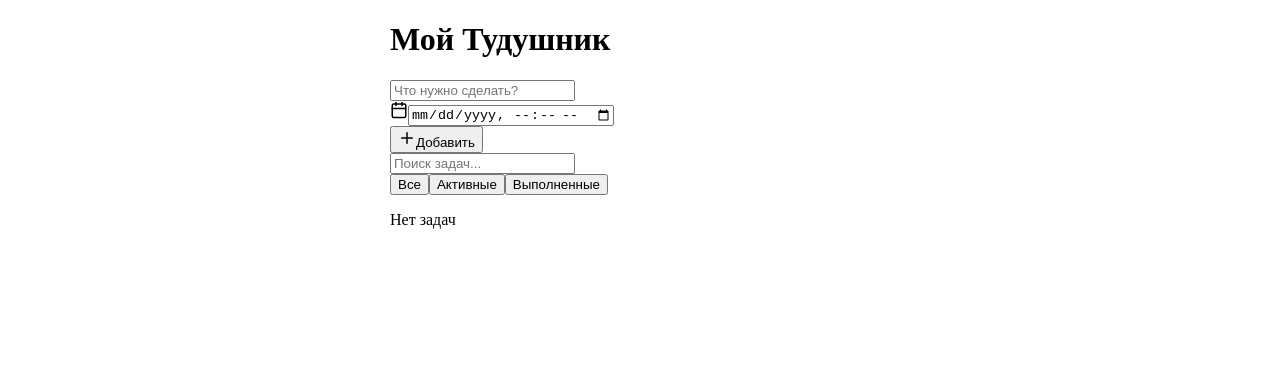
Repository: AlekCawka/-todo-project
Page: /
The author's editor kept a copy of each file at every save. The page is drawn from the files as they stood at one save, then again after the next save.
The browser window is 1280 px wide. The pictures show the whole page.
The project was rebuilt for these pictures with package versions that can differ from the ones it lists, and the page was loaded fresh each time. Also part of the build but not shown: vite.config.js, src/components/TodoItem.jsx.

Above is the page before, as saved 2025-08-04 22:28:40.

### src/main.jsx
import React from 'react'
import ReactDOM from 'react-dom/client'
import App from './App.jsx'

ReactDOM.createRoot(document.getElementById('root')).render(
  <React.StrictMode>
    <App />
  </React.StrictMode>
)

### src/App.jsx
import React, { useState } from 'react';
import { useTodos } from './hooks/useTodos';
import { TodoForm } from './components/TodoForm';
import { TodoItem } from './components/TodoItem';
import { SearchBar } from './components/SearchBar';
import { FilterBar } from './components/FilterBar';

import './App.css';

function App() {
  const { todos, addTodo, deleteTodo, updateTodo, toggleCompleted } = useTodos();

  const [filter, setFilter] = useState('all');
  const [search, setSearch] = useState('');

  const normalize = (str) => str.trim().toLowerCase();

  const filteredTodos = todos.filter(todo => {

    if (filter === 'active' && todo.completed) return false;
    if (filter === 'completed' && !todo.completed) return false;

    if (!normalize(todo.text).includes(normalize(search))) return false;

    return true;
  });

  const handleEdit = (id) => {
    const currentTodo = todos.find(todo => todo.id === id);
    if (!currentTodo) return;

    const newText = prompt('Новое значение:', currentTodo.text);
    if (!newText || !newText.trim()) return;

    updateTodo(id, { text: newText.trim() });
  };

  return (
    <div className="container">
      <h1 className="title">Мой Тудушник</h1>

      <TodoForm onAdd={addTodo} />

      <SearchBar search={search} onSearchChange={setSearch} />

      <FilterBar activeFilter={filter} onChange={setFilter} />

      <div className="list">
        {filteredTodos.length === 0 ? (
          <p className="empty-msg">Нет задач</p>
        ) : (
          filteredTodos.map(todo => (
            <TodoItem
              key={todo.id}
              todo={todo}
              onDelete={deleteTodo}
              onToggle={toggleCompleted}
              onEdit={handleEdit}
            />
          ))
        )}
      </div>
    </div>
  );
}

export default App;

### src/hooks/useTodos.js
import { useState, useEffect } from 'react';
import { Trash2, Edit, Clock, Calendar, CheckSquare, Square } from 'lucide-react';

const generateId = () => crypto?.randomUUID?.() || `${Date.now()}-${Math.random()}`;

export const useTodos = () => {
    const [todos, setTodos] = useState([]);

    const normalize = (text) => text.trim().toLowerCase();

    useEffect(() => {
        const stored = localStorage.getItem('todos');
        if (stored) {
            setTodos(JSON.parse(stored));
        }
    }, []);

    useEffect(() => {
        localStorage.setItem('todos', JSON.stringify(todos));
    }, [todos]);

    const addTodo = (text, deadline = null) => {
        const trimmed = text.trim();

        if (!trimmed) return;

        const isDuplicate = todos.some(todo => normalize(todo.text) === normalize(text));

        if(isDuplicate) {
            return;
        }

        const newTodo = {
            id: generateId(),
            text: trimmed,
            completed: false,
            createdAt: new Date().toISOString(),
            deadline: deadline || null,
        };
        setTodos(prevTodos => [newTodo, ...prevTodos]);
    };

    const deleteTodo = (id) => {
        setTodos(prev => prev.filter(todo => todo.id !== id));
    };

    const updateTodo = (id, updates) => {
        setTodos(prev =>
            prev.map(todo =>
                todo.id === id ?
                    { ...todo, ...updates } : todo
            )
        );
    };

    const toggleCompleted = (id) => {
        setTodos(prev =>
            prev.map(todo =>
                todo.id === id ?
                    { ...todo, completed: !todo.completed } : todo
            )
        )
    }

    return {
        todos,
        addTodo,
        deleteTodo,
        updateTodo,
        toggleCompleted
    };
};

### src/components/TodoForm.jsx
import { useState } from 'react';
import { Plus, Calendar } from 'lucide-react';

export const TodoForm = ({ onAdd }) => {
    const [text, setText] = useState('');
    const [deadline, setDeadline] = useState('');

    const handleSubmit = (e) => {
        e.preventDefault();
        const trimmed = text.trim();

        if (!trimmed) {
            alert('Введите текст задачи');
            return;
        }

        onAdd(trimmed, deadline || null);
        setText('');
        setDeadline('');
    };

    return (
        <form onSubmit={handleSubmit} className="flex flex-col gap-4">
            <div>
                <input
                    type="text"
                    placeholder="Что нужно сделать?"
                    className="w-full px-4 py-2 border rounded-lg shadow-sm focus:outline-none focus:ring-2 focus:ring-blue-500"
                    value={text}
                    onChange={(e) => setText(e.target.value)}
                />
            </div>

            <div className="flex items-center gap-2">
                <Calendar size={18} className="text-gray-500" />
                <input
                    type="datetime-local"
                    className="px-2 py-1 border rounded"
                    value={deadline}
                    onChange={(e) => setDeadline(e.target.value)}
                />
            </div>

            <button
                type="submit"
                className="flex items-center justify-center gap-2 bg-blue-600 text-white px-4 py-2 rounded-lg hover:bg-blue-700 transition"
            >
                <Plus size={18} />
                Добавить
            </button>
        </form>
    );
};

### src/components/SearchBar.jsx
export const SearchBar = ({ value, onChange }) => {
    return (
        <input
            type="text"
            placeholder="Поиск задач..."
            value={value}
            onChange={(e) => onChange(e.target.value)}
            className="w-full px-4 py-2 border rounded-md shadow-sm focus:outline-none focus:ring focus:ring-blue-400 text-sm"
        />
    );
};

### src/components/FilterBar.jsx
export const FilterBar = ({ activeFilter, onChange }) => {
    const filters = [
        { label: 'Все', value: 'all' },
        { label: 'Активные', value: 'active' },
        { label: 'Выполненные', value: 'completed' },
    ];

    return (
        <div className="filter">
            {filters.map((f) => (
                <button
                    key={f.value}
                    className={`filter-btn ${activeFilter === f.value ? 'active' : ''}`}
                    onClick={() => onChange(f.value)}
                >
                    {f.label}
                </button>
            ))}
        </div>
    );
};

### src/App.css
.container {
    max-width: 500px;
    margin: 0 auto;
}

After the next save:
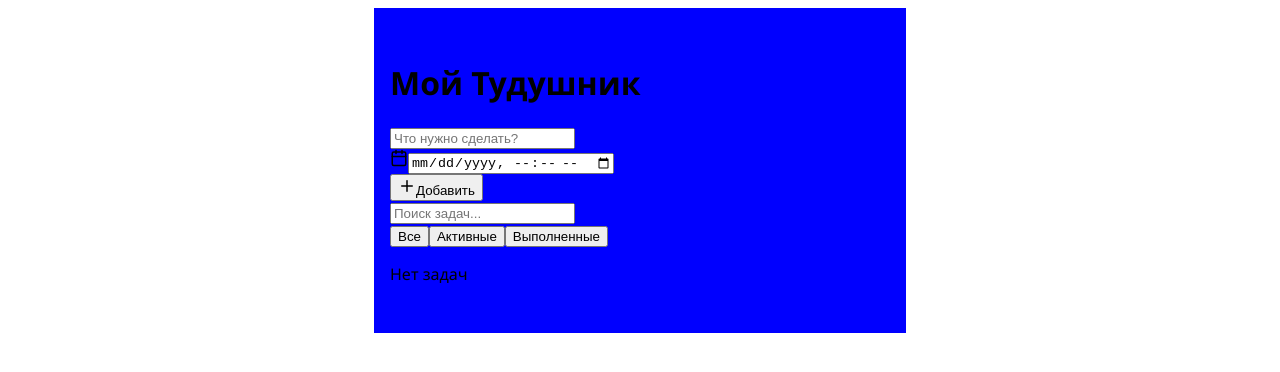
Saved 99 s later.
--- a/src/App.css
+++ b/src/App.css
@@ -1,4 +1,7 @@
 .container {
     max-width: 500px;
     margin: 0 auto;
+    padding: 2rem 1rem;
+    font-family: 'Segoe UI', Tahoma, Geneva, Verdana, sans-serif;
+    background-color: blue;
 }
